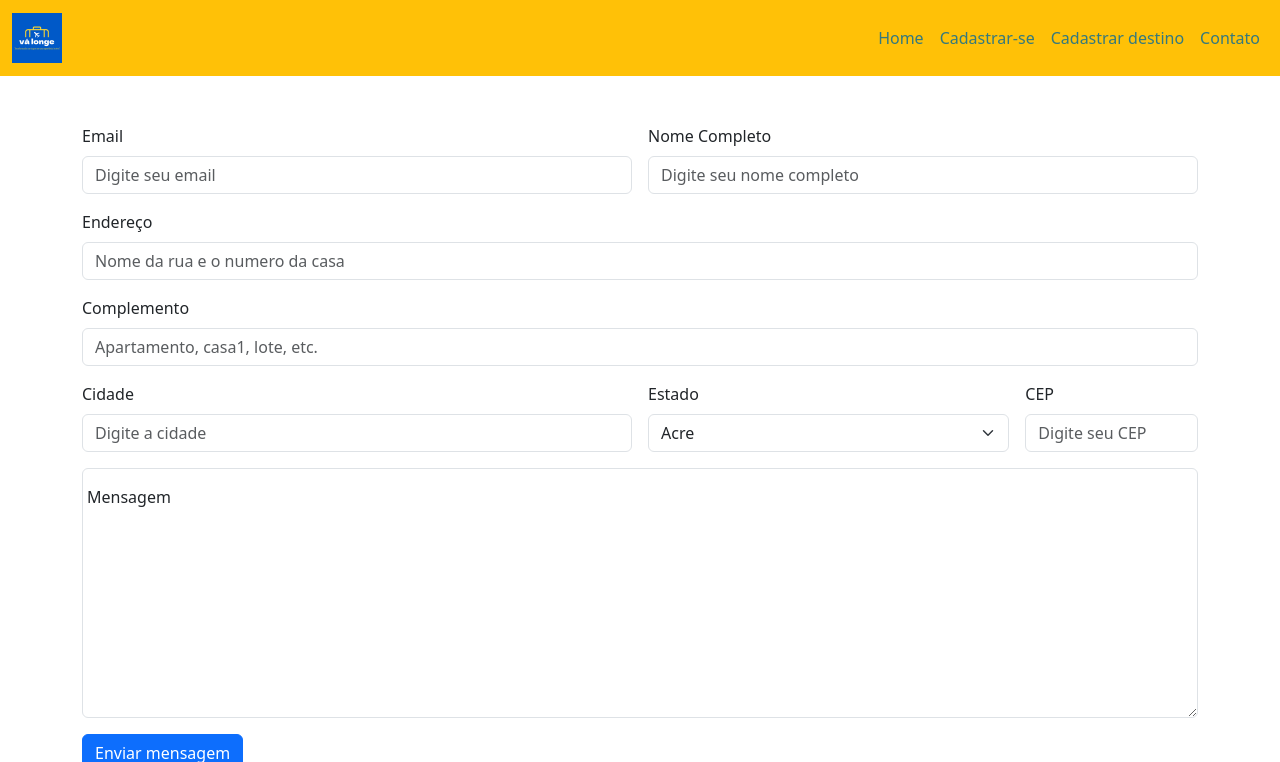
Repository: MaiconNunes315/Entrega_Recode_4
Page: Valonge/src/main/webapp/contact.html
An editor plug-in stored every save of this project. The page is shown before and after the next save, followed by the edit.
The browser window is 1280 px wide. The pictures show the part of the page from y = 0 to 762 px (the page is 1218 px tall before and 1132 px after).
A picture or video elsewhere on the page could not be fetched, so the positions and the page height are approximate. Some web fonts or font styles are not loaded; a fallback is used.

Above is the page before, as saved 2023-11-05 19:13:33.

### Valonge/src/main/webapp/contact.html
<!DOCTYPE html>
<html lang="en">

<head>
    <meta charset="UTF-8">
    <meta name="viewport" content="width=device-width, initial-scale=1.0">
    <title>Vá longe - Transformando sua viagem em uma experiência incrivel</title>
    <link rel="stylesheet" href="assets/css/style_home.css">
    <link href="https://cdn.jsdelivr.net/npm/bootstrap@5.3.0/dist/css/bootstrap.min.css" rel="stylesheet"
        integrity="sha384-9ndCyUaIbzAi2FUVXJi0CjmCapSmO7SnpJef0486qhLnuZ2cdeRhO02iuK6FUUVM" crossorigin="anonymous">
    <link rel="shortcut icon" href="./assets/images/logo.png" type="image/x-icon">
    <link rel="preconnect" href="https://fonts.googleapis.com">
    <link rel="preconnect" href="https://fonts.gstatic.com" crossorigin>
    <link href="https://fonts.googleapis.com/css2?family=Josefin+Sans:wght@300;400&display=swap" rel="stylesheet">
</head>

<body class="position-relative">
    <!-- Classe com "_" substituindo "-" criado no css, não no bootstrap  -->
    <!-- Criando o cabeçalho -->

      <header>
        <nav class="navbar navbar-expand-lg bg-warning" data-bs-theme="dark">
            <div class="container-fluid">
                <a class="navbar-brand" href="index.jsp"><img src="assets/images/logo.png" alt="logo va longe"></a>
                <button class="navbar-toggler" type="button" data-bs-toggle="collapse"
                    data-bs-target="#navbarSupportedContent" aria-controls="navbarSupportedContent"
                    aria-expanded="false" aria-label="Toggle navigation">
                    <span class="navbar-toggler-icon"></span>
                </button>

                <div class="collapse navbar-collapse  justify-content-end text-center" id="navbarSupportedContent">


                    <ul class="navbar-nav mb-2 mb-lg-0">
                    <li class="nav-item">
                            <a class="nav-link style_link_hover" aria-current="page" href="index.jsp">
                                Home</a>
                        </li>
                        <li class="nav-item">
                            <a class="nav-link style_link_hover" aria-current="page" href="usuario/cadastrar">
                                Cadastrar-se</a>
                        </li>
                        <li class="nav-item">
                            <a class="nav-link style_link_hover" href="destino/cadastrarDestino.jsp">
                                Cadastrar destino
                            </a>
                        </li>
                        <li class="nav-item">
                            <a class="nav-link style_link_hover" href="contact.html">
                                Contato
                            </a>
                        </li>

                    </ul>

                </div>
            </div>
        </nav>
    </header>

    <!-- Fim do cabeçalho -->

    <section class="container py-5 ">
        <form class="row g-3">
            <div class="col-md-6">
                <label for="inputEmail4" class="form-label">Email</label>
                <input type="email" class="form-control" required placeholder="Digite seu email" id="inputEmail4">
            </div>
            <div class="col-md-6">
                <label for="inputPassword4" class="form-label">Nome Completo</label>
                <input type="text" class="form-control" required placeholder="Digite seu nome completo"
                    id="inputPassword4">
            </div>
            <div class="col-12">
                <label for="inputAddress" class="form-label">Endereço</label>
                <input type="text" class="form-control" id="inputAddress" required
                    placeholder="Nome da rua e o numero da casa">
            </div>
            <div class="col-12">
                <label for="inputAddress2" class="form-label">Complemento</label>
                <input type="text" class="form-control" id="inputAddress2" placeholder="Apartamento, casa1, lote, etc.">
            </div>
            <div class="col-md-6">
                <label for="inputCity" class="form-label">Cidade</label>
                <input type="text" class="form-control" id="inputCity" required placeholder="Digite a cidade">
            </div>
            <div class="col-md-4">
                <label for="inputState" class="form-label">Estado</label>
                <select id="inputState" class="form-select">
                    <option selected>Acre</option>
                    <option>Alagoas</option>
                    <option>Amapá</option>
                    <option>Amazonas</option>
                    <option>Bahia</option>
                    <option>Brasilia</option>
                    <option>Ceará</option>
                    <option>Espírito Santo</option>
                    <option>Goiás</option>
                    <option>Maranhão</option>
                    <option>Mato Grosso</option>
                    <option>Mato Grosso do Sul</option>
                    <option>Minas Gerais</option>
                    <option>Pará</option>
                    <option>Paraíba</option>
                    <option>Paraná</option>
                    <option>Pernambuco</option>
                    <option>Piauí</option>
                    <option>Rio de Janeiro</option>
                    <option>Rio Grande do Norte</option>
                    <option>Rio Grande do Sul</option>
                    <option>Rondônia</option>
                    <option>Roraima</option>
                    <option>Santa Catarina</option>
                    <option>São Paulo</option>
                    <option>São Paulo</option>
                    <option>Tocantins</option>

                </select>
            </div>
            <div class="col-md-2">
                <label for="inputZip" class="form-label">CEP</label>
                <input type="text" class="form-control" placeholder="Digite seu CEP" id="inputZip">
            </div>
            <div class="form-floating">
                <textarea class="form-control" placeholder="Digite sua mensagem" id="floatingTextarea2"
                    style="height: 250px"></textarea>
                <label for="floatingTextarea2">Mensagem</label>
            </div>

            <div class="col-12">
                <button type="submit" class="btn btn-primary">Enviar mensagem</button>
            </div>
        </form>
    </section>

    <!-- Rodapé -->

    <footer class="py-5 d-flex flex-column align-items-center">
        <div class="container d-flex justify-content-center flex-wrap gap-5">

            <div>
                <h4>Vá longe</h4>

                <p>
                    <a class="text-decoration-none text-dark footer_link" href="sobre.html">Sobre nós</a>
                </p>

                <p>SAC 21 2222-2222</p>
                <p>Atendimento Seg. a Sex: 09h às 19h</p>
                <p>CNPJ: 42.047.067/0001-21</p>
            </div>

            <div>
                <h4>Formas de pagamento</h4>
                <img width="300px" src="https://images.tcdn.com.br/img/editor/up/365915/bandeiras_cartoes.png" alt="" />

            </div>

            <div>
                <h4>Viaje com a gente</h4>
                <p> <a href="sales.html" class="text-decoration-none text-dark footer_link">Promoção</a> </p>
                <p> <a href="destiny.html" class="text-decoration-none text-dark footer_link">Destinos</a> </p>
                <p> <a href="contact.html" class="text-decoration-none text-dark footer_link">Fale conosco</a> </p>
            </div>

            <div>
                <h4>Siga nossas redes</h4>
                <a href="#" class="text-decoration-none">

                    <img src="assets/images/instagram.png" alt="icone instagram">
                </a>
                <a href="#" class="text-decoration-none">

                    <img src="assets/images/facebook.png" alt="icone facebook">
                </a>
                <a href="#" class="text-decoration-none">

                    <img src="assets/images/youtube.png" alt="icone youtube">
                </a>
            </div>
        </div>
        <div class="">
            Feito por:
            <a class="text-decoration-none text-dark" href="https://www.linkedin.com/in/maicon-nunes/" target="_blank">
                Maicon Nunes
                <img width="40px" src="assets/images/linkedin.png" alt="icone linkedin">
            </a>
        </div>
    </footer>


    <script src="https://cdn.jsdelivr.net/npm/bootstrap@5.3.0/dist/js/bootstrap.bundle.min.js"
        integrity="sha384-geWF76RCwLtnZ8qwWowPQNguL3RmwHVBC9FhGdlKrxdiJJigb/j/68SIy3Te4Bkz"
        crossorigin="anonymous"></script>
</body>

</html>

### Valonge/src/main/webapp/assets/css/style_home.css
/* .color1 { #045ccc };
.color2 { #90b8e6 };
.color3 { #075cc4 };
.color4 { #a4ad68 };
.color5 { #FFDD7A }; */

p {
    margin-bottom: 0.5rem !important;
}

header {
    background-color: #045ccc;

}

header img {
    width: 50px;
}

.style_link_hover{
color: rgb(52, 121, 126) !important;
}

.style_link_hover:hover {
    background-color: #90b8e6;
    border-radius: 5px;
}

.section_img {

    width: 100%;
    height: 60vw;
    min-height: 280px;
    background-image: url("../images/Banner1.jpg");
    background-position: center;
    background-size: cover;
    background-repeat: no-repeat;

}

.folder_container>div {
    height: 45vw;
    width: 100%;
    font-family: 'Josefin Sans', sans-serif;
    color: #FFf;

}

.folder_container h4 {
    width: 70%;
    font-size: 1rem;
    color: #045ccc;
    display: none;
}


.folder_container a {
    width: 50%;
    max-width: 200px;
}

.info_container {
    color: #FFDD7A;
}

.card_destiny {
    height: 200px !important;
    cursor: pointer;
    background-size: cover;
    background-repeat: no-repeat;
    background-repeat: center;

}

.iconImg{
	width: 30px;

}

.iconImgContainer{
	margin-left: auto;
	margin-top:5px;
	display: flex;
	gap: 5px;
}

.iconImg:hover{
	width: 40px;
}


.btn_card_absolute {
    top: 10px;
    left: 10px;
    padding: 0;
}

.btn_card_absolute p {
    margin: 5px;
}

.card_sale {
    cursor: pointer;
    -webkit-box-shadow: 22px 22px 47px -15px rgba(0, 0, 0, 0.75);
    -moz-box-shadow: 22px 22px 47px -15px rgba(0, 0, 0, 0.75);
    box-shadow: 22px 22px 47px -15px rgba(0, 0, 0, 0.75);
    transition: .7s;
}

.card_sale:hover,
.card_destiny:hover {
    transform: translateY(-10px);
}

.card_sales_img img {
    height: 190px;

}

.card_list_sale {
    list-style: url('../images/check.png');
    height: 115px;
}

.card_sale_price {
    letter-spacing: -1px;
    font-weight: 500;
}

.footer_link:hover {
    color: #0d6efd !important;
}

footer {
    -webkit-box-shadow: 0px -22px 78px -15px rgba(0, 0, 0, 0.75);
    -moz-box-shadow: 0px -22px 78px -15px rgba(0, 0, 0, 0.75);
    box-shadow: 0px -22px 20px -15px rgba(0, 0, 0, 0.24);
}

.card-info-trip {
    display: flex;
    flex-direction: column;
    max-width: 300px;
    margin: auto;
    gap: 10px;
    font-family: 'Josefin Sans', sans-serif;
    color: #80879b;
}





@media screen and (min-width:992px) {
    header {
        background: transparent;
    }

    .section_img {
        margin-top: -76px;
        top: 0;
        z-index: -1;
    }

    .folder_container h4 {
        width: 70%;
        font-size: 1rem;
        color: #045ccc;
        display: block;
    }

    .card-info-trip {
        width: 378px;
        height: 266px;
        overflow: hidden;
        max-width: none;
        margin: 0;
        flex-direction: row;
        align-items: center;
        justify-content: space-between;
        -webkit-box-shadow: 22px 22px 47px -15px rgba(0, 0, 0, 0.75);
        -moz-box-shadow: 22px 22px 47px -15px rgba(0, 0, 0, 0.75);
        box-shadow: 22px 22px 47px -15px rgba(0, 0, 0, 0.75);
        transition: all .8s;
        border-radius: 15px;


    }

    .card-info-trip:nth-child(2n) {
        align-self: flex-end;
        flex-direction: row-reverse;
    }

    .card-info-trip:hover {
        width: 100%;
        padding: 0 15px;
        height: calc(266px + 50px);

    }

    .card-info-trip>div {
        width: 50%;
    }


    .folder_container>div {
        width: 50%;

    }

    .folder_container a {
        width: 150px;
    }


}

After the next save:
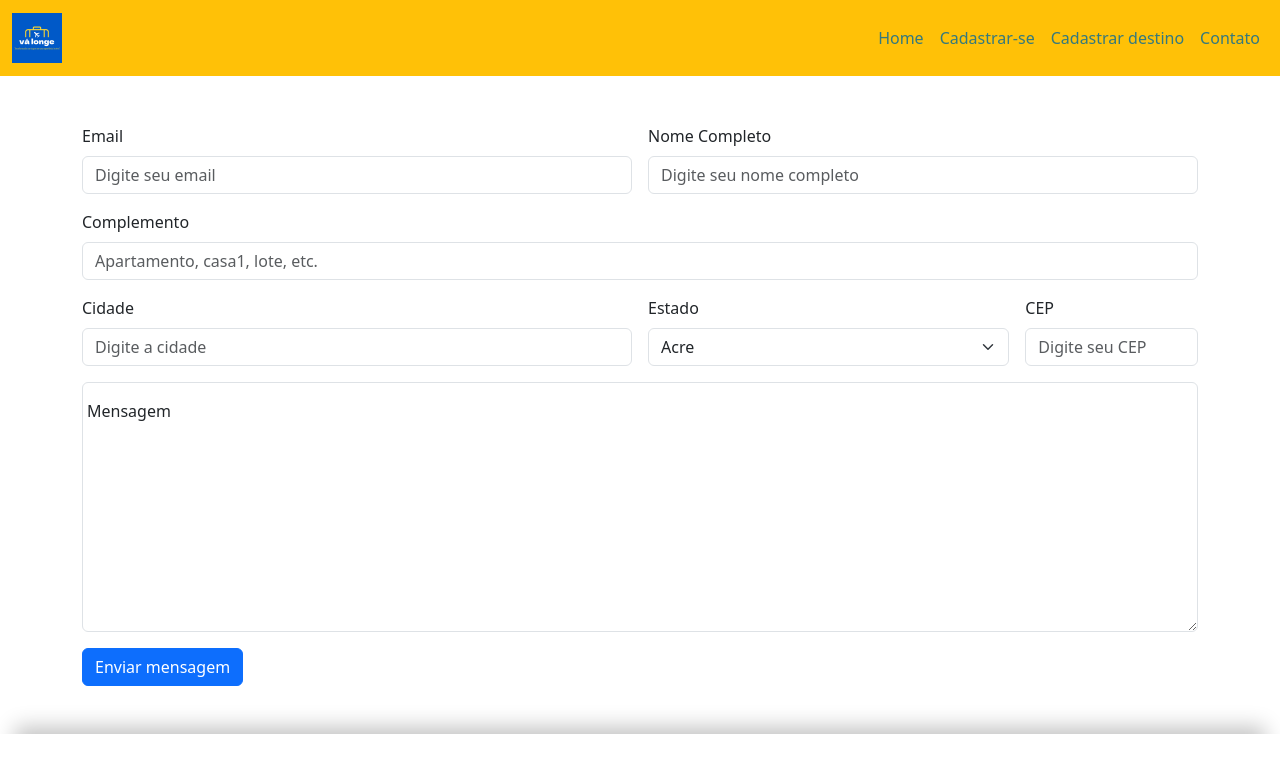
Saved 119 s later.
--- a/Valonge/src/main/webapp/contact.html
+++ b/Valonge/src/main/webapp/contact.html
@@ -71,11 +71,7 @@
                 <input type="text" class="form-control" required placeholder="Digite seu nome completo"
                     id="inputPassword4">
             </div>
-            <div class="col-12">
-                <label for="inputAddress" class="form-label">Endereço</label>
-                <input type="text" class="form-control" id="inputAddress" required
-                    placeholder="Nome da rua e o numero da casa">
-            </div>
+
             <div class="col-12">
                 <label for="inputAddress2" class="form-label">Complemento</label>
                 <input type="text" class="form-control" id="inputAddress2" placeholder="Apartamento, casa1, lote, etc.">
